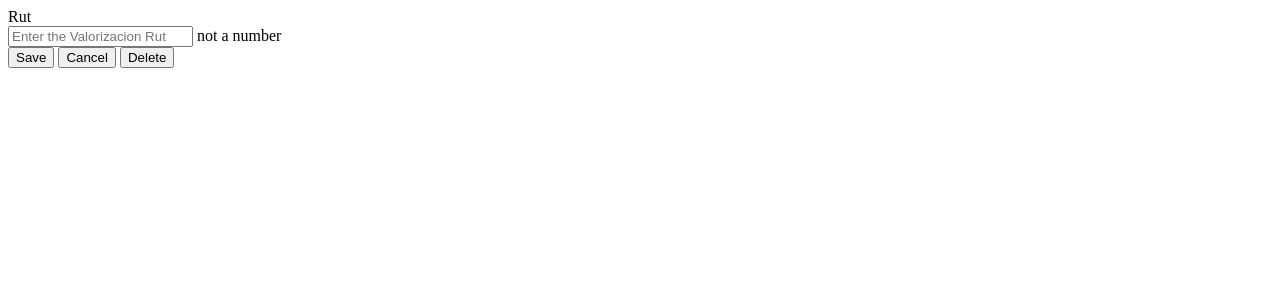
Repository: PabloRPalma/SistemaVentaSeguros
Page: Cotizador/src/main/webapp/views/Valorizacion/detail.html
An editor plug-in stored every save of this project. The page is shown before and after the next save, followed by the edit.
The browser window is 1280 px wide. The pictures show the whole page.

Above is the page before, as saved 2021-02-06 19:41:22.

After the next save:
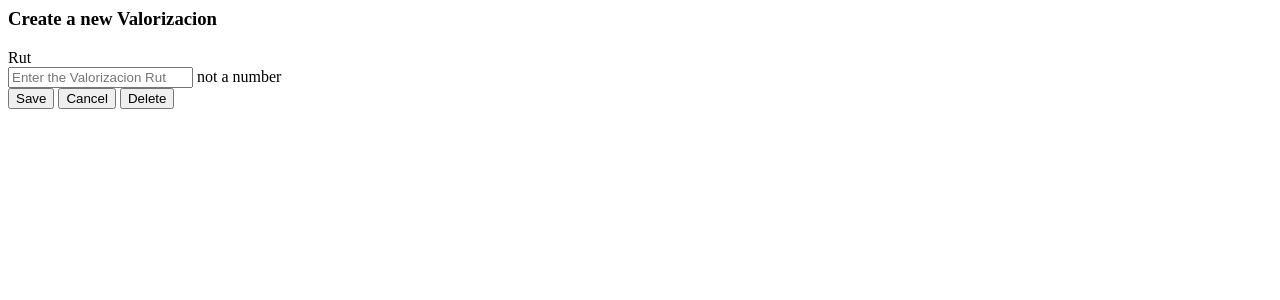
Saved 10 s later.
--- a/Cotizador/src/main/webapp/views/Valorizacion/detail.html
+++ b/Cotizador/src/main/webapp/views/Valorizacion/detail.html
@@ -1,4 +1,5 @@
 <header ng-switch on="$location.path().indexOf('/Valorizacions/new') > -1">
+    <h3 ng-switch-when="true">Create a new Valorizacion</h3>
 
 </header>
 <form id="ValorizacionForm" name="ValorizacionForm" class="form-horizontal" role="form">

After the 2 saves that followed:
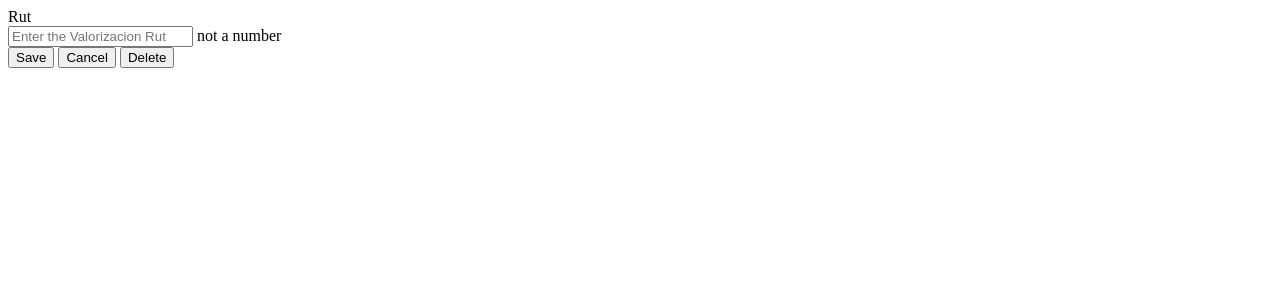
The 2 saves are shown as one change because they came seconds apart.
The last was saved 14 s later.
--- a/Cotizador/src/main/webapp/views/Valorizacion/detail.html
+++ b/Cotizador/src/main/webapp/views/Valorizacion/detail.html
@@ -1,7 +1,4 @@
-<header ng-switch on="$location.path().indexOf('/Valorizacions/new') > -1">
-    <h3 ng-switch-when="true">Create a new Valorizacion</h3>
 
-</header>
 <form id="ValorizacionForm" name="ValorizacionForm" class="form-horizontal" role="form">
 
 
